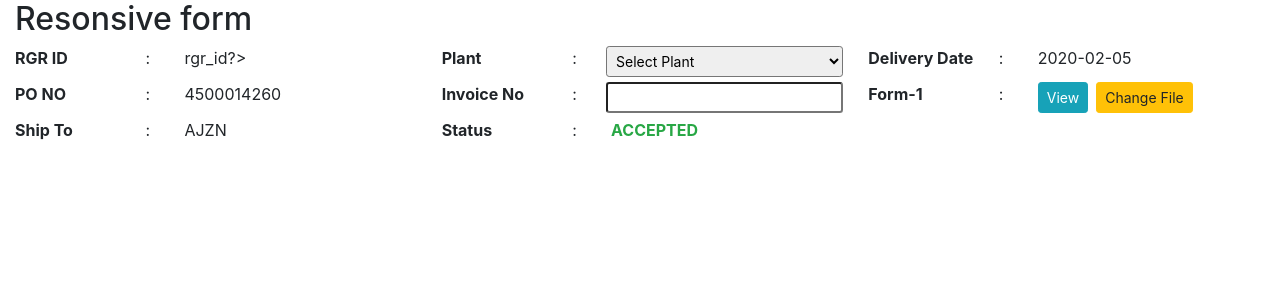
Repository: karthikairasu/Others_work
Page: form.html
These files come from the project's save history. The page is drawn as it stood at one moment and after the next save; the edit follows.
The browser window is 1280 px wide. The pictures show the whole page.

Above is the page before, as saved 2020-06-28 18:19:27.

### form.html
<!DOCTYPE html>
<html lang="en">
  <head>
    <title>Bootstrap Example</title>
    <meta charset="utf-8" />
    <meta name="viewport" content="width=device-width, initial-scale=1" />
    <link
      rel="stylesheet"
      href="https://maxcdn.bootstrapcdn.com/bootstrap/4.5.0/css/bootstrap.min.css"
    />
    <script src="https://ajax.googleapis.com/ajax/libs/jquery/3.5.1/jquery.min.js"></script>
    <script src="https://cdnjs.cloudflare.com/ajax/libs/popper.js/1.16.0/umd/popper.min.js"></script>
    <script src="https://maxcdn.bootstrapcdn.com/bootstrap/4.5.0/js/bootstrap.min.js"></script>
  </head>
  <body>
    <div class="container-fluid">
      <h2>Resonsive form</h2>
      <form class="" action="">
        <div class="row">
          <div class="col-md-4 col-sm-6 col-12">
            <div class="form-row">
              <label class="col-md-4 col-sm-4 col-4"><b>RGR ID</b></label>
              <label class="col-md-1 col-sm-1 col-1 px-0">:</label>
              <label class="col-md-7 col-sm-7 col-7" id="RGR_ID"
                ><?=$po_list[0]->rgr_id?>
              </label>
            </div>
            <div class="form-row py-1">
              <label class="col-md-4 col-sm-4 col-4"><b>PO NO</b></label>
              <label class="col-md-1 col-sm-1 col-1 px-0">:</label>
              <label class="col-md-7 col-sm-7 col-7" id="Po_No"
                >4500014260
              </label>
            </div>
            <div class="form-row">
              <label class="col-md-4 col-sm-4 col-4"><b>Ship To</b></label>
              <label class="col-md-1 col-sm-1 col-1 px-0">:</label>
              <label class="col-md-7 col-sm-7 col-7" id="Ship_To">AJZN </label>
            </div>
          </div>
          <div class="col-md-4 col-sm-6">
            <div class="form-row">
              <label class="col-md-4 col-sm-4 col-4"><b>Plant</b></label>
              <label class="col-md-1 col-sm-1 col-1 px-0">:</label>
              <select
                class="form-control-sm col-md-7 col-sm-7 col-7"
                name="plant"
                style="width: 60%;"
                required=""
              >
                <option value="">Select Plant</option>

                <option value="Riyadh">Riyadh</option>

                <option value="Jeddha">Jeddha</option>

                <option value="Dammam">Dammam</option>

                <option value="PMAH ">PMAH </option>
              </select>
            </div>
            <div class="form-row py-1">
              <label class="col-md-4 col-sm-4 col-4"><b>Invoice No</b></label>
              <label class="col-md-1 col-sm-1 col-1 px-0">:</label>
              <input
                type="text"
                class="form-control-sm col-md-7 col-sm-7 col-7"
                id="Invoice_No"
              />
            </div>
            <div class="form-row">
              <label class="col-md-4 col-sm-4 col-4"><b>Status</b></label>
              <label class="col-md-1 col-sm-1 col-1 px-0">:</label>
              <label class="col-md-7 col-sm-7 col-7 text-success" id="Status"
                ><b>ACCEPTED</b></label
              >
            </div>
          </div>
          <div class="col-md-4 col-sm-6">
            <div class="form-row">
              <label class="col-md-4 col-sm-4 col-4"
                ><b>Delivery Date</b></label
              >
              <label class="col-md-1 col-sm-1 col-1 px-0">:</label>
              <label class="col-md-7 col-sm-7 col-7" id="Delivery Date"
                >2020-02-05
              </label>
            </div>
            <div class="form-row py-1">
              <label class="col-md-4 col-sm-4 col-4"><b>Form-1</b></label>
              <label class="col-md-1 col-sm-1 col-1 px-0">:</label>
              <label class="col-md-7 col-sm-7 col-7 d-flex" id="form_1">
                <button class="btn btn-info btn-sm">View</button>&ensp;
                <button class="btn btn-warning btn-sm">Change File</button>
              </label>
            </div>
          </div>
        </div>
      </form>
    </div>
  </body>
</html>

After the next save:
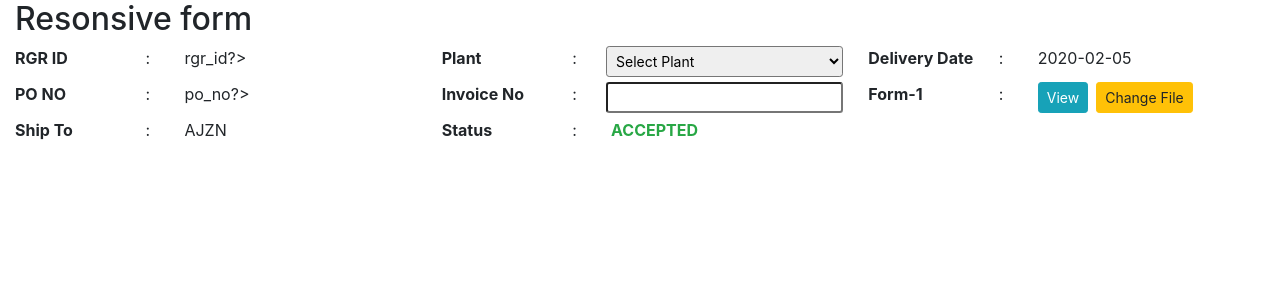
Saved 16 s later.
--- a/form.html
+++ b/form.html
@@ -29,7 +29,7 @@
               <label class="col-md-4 col-sm-4 col-4"><b>PO NO</b></label>
               <label class="col-md-1 col-sm-1 col-1 px-0">:</label>
               <label class="col-md-7 col-sm-7 col-7" id="Po_No"
-                >4500014260
+                ><?=$po_list[0]->po_no?>
               </label>
             </div>
             <div class="form-row">
